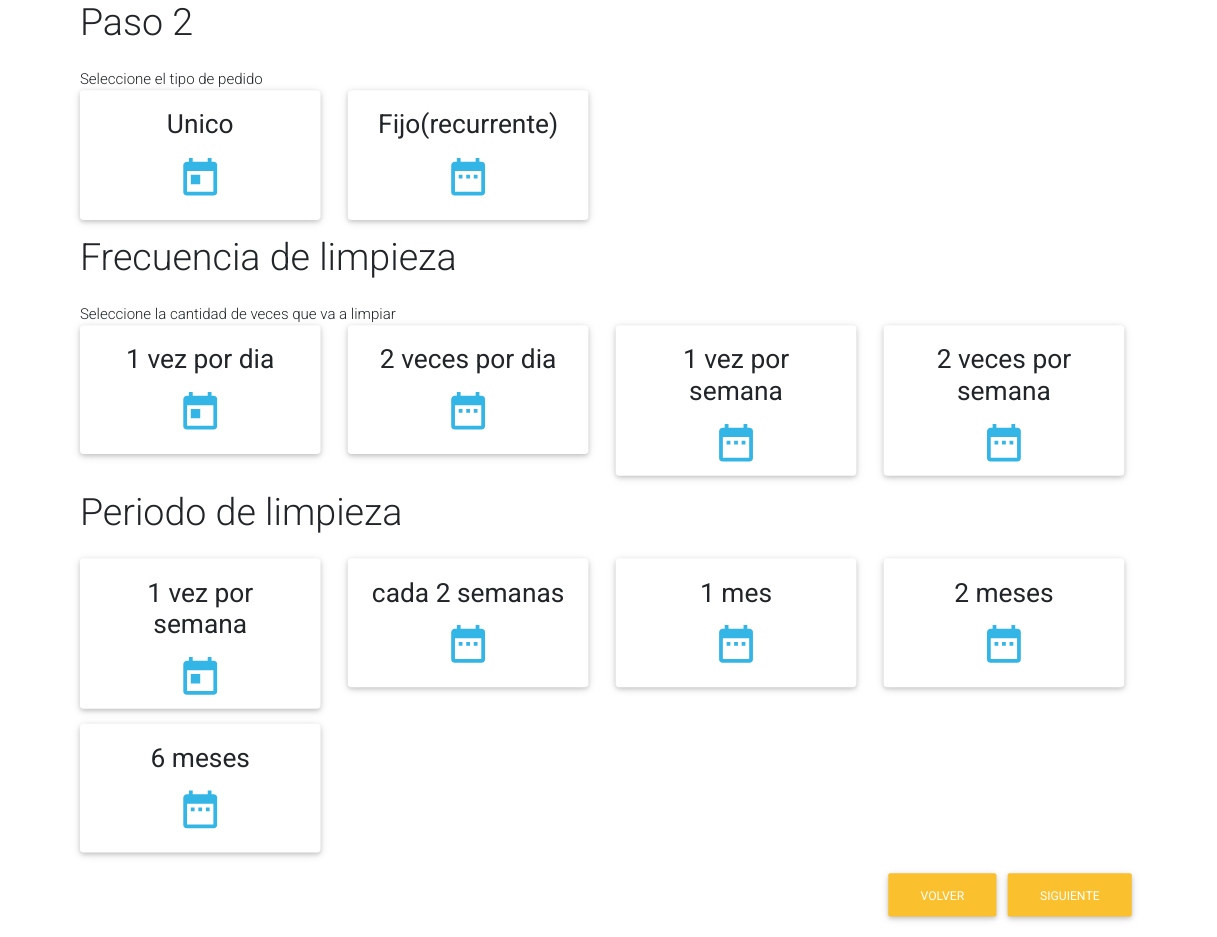
Repository: albertotorresfoltyn/e-commerce-front
Page: /step2
An editor plug-in stored every save of this project. The page is shown before and after the next save, followed by the edit.
The browser window is 1280 px wide. The page is 1295 px wide, so the pictures cover 1295 px, including what lies to the right of the window. The pictures show the whole page, at 94% of full size.
The project was rebuilt for these pictures with package versions that can differ from the ones it lists, and the page was loaded fresh each time. Also part of the build but not shown: src/config.js, src/auth/index.js, src/core/Menu.js, src/core/apiCore.js, src/core/ShowImage.js, src/core/Card.js, src/core/Search.js, src/core/BannerTop.js and 20 more.

Above is the page before, as saved 2020-01-16 11:11:05.

After the next save:
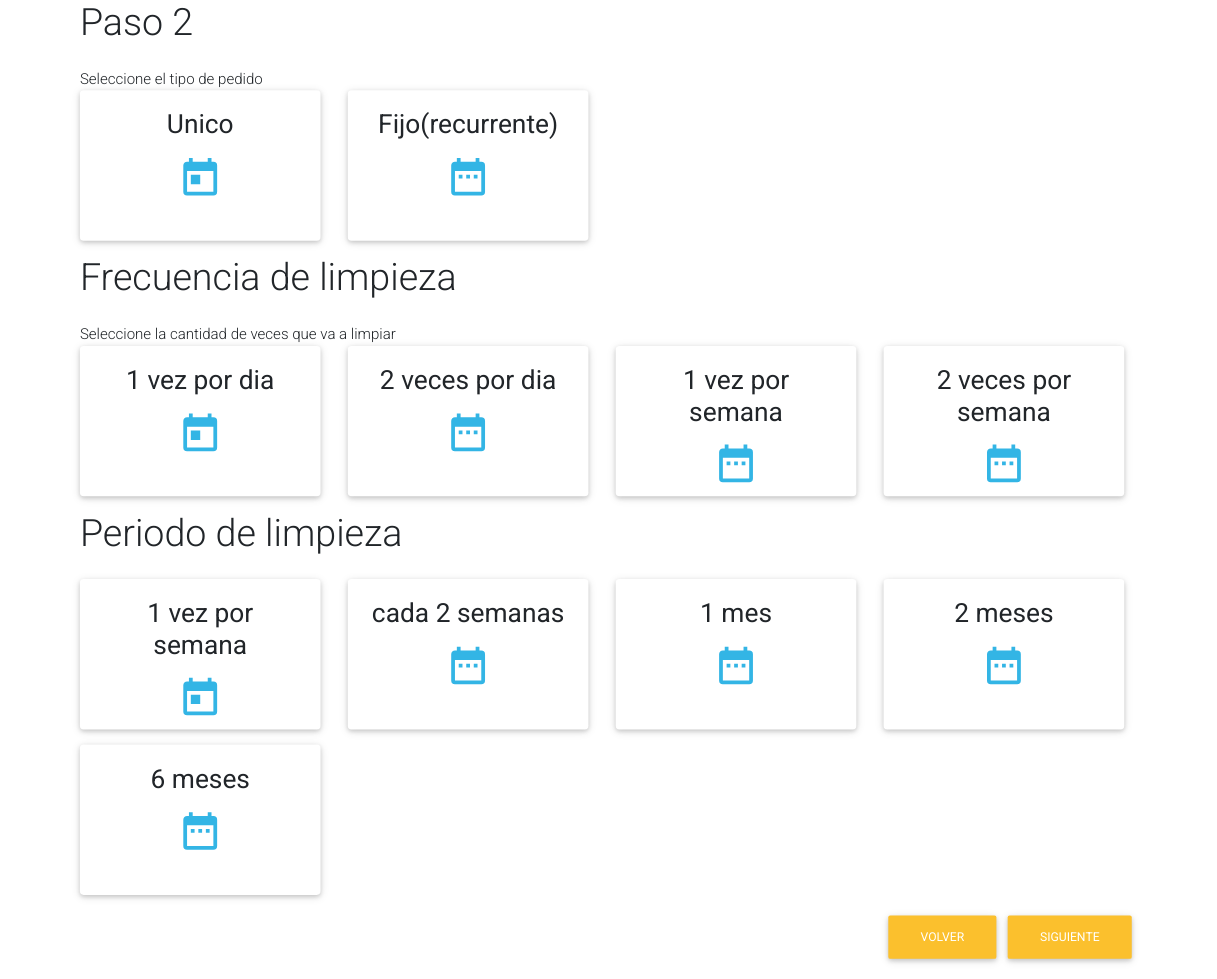
Saved 31 s later.
--- a/src/core/PlaceCard.js
+++ b/src/core/PlaceCard.js
@@ -8,7 +8,7 @@ import { addItem, updateItem, removeItem } from './cartHelpers'
 import Icon from '@mdi/react';
 import * as icons from '@mdi/js';
 export default ({ product, onClick, isSelected}) =>
-    <MDBCard style={{ width: "16rem", background: isSelected?'lemonchiffon':'white', maxHeight:'10rem'}} cascade ecommerce narrow onClick={onClick}>
+    <MDBCard style={{ width: "16rem", background: isSelected?'lemonchiffon':'white', maxHeight:'10rem', minHeight:'10rem'}} cascade ecommerce narrow onClick={onClick}>
       {/*<ShowImage item={product} url="product" />*/}
       <MDBCardBody cascade className="text-center">
         <MDBCardTitle tag="h3">
